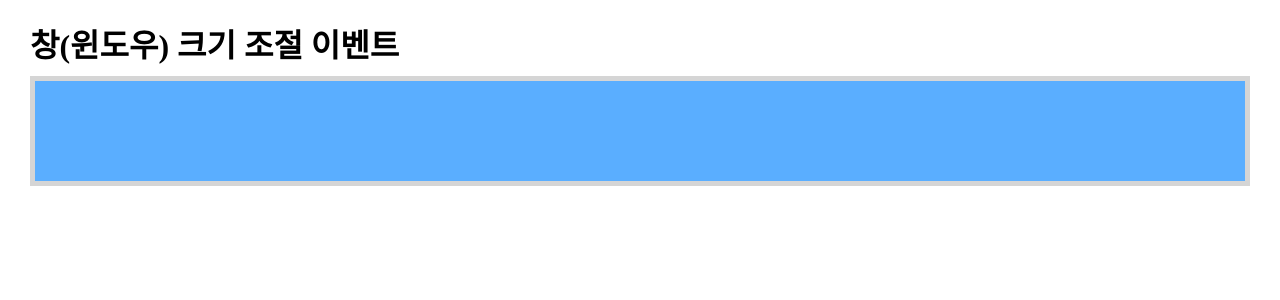
Repository: rwanda95do/bitcamp
Page: jQuery/src/main/webapp/02_jQueryEvent/exam11.html
An editor plug-in stored every save of this project. The page is shown before and after the next save, followed by the edit.
The browser window is 1280 px wide. The pictures show the whole page.

Above is the page before, as saved 2024-08-23 02:28:25.

After the next save:
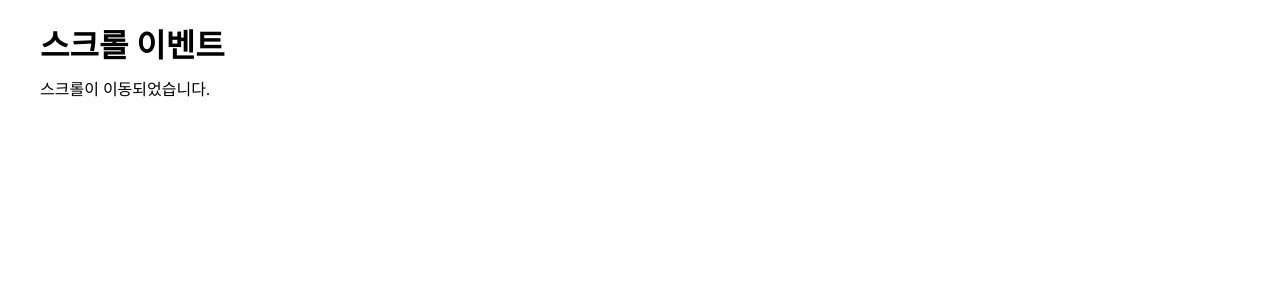
Saved 28 min 57 s later.
--- a/jQuery/src/main/webapp/02_jQueryEvent/exam11.html
+++ b/jQuery/src/main/webapp/02_jQueryEvent/exam11.html
@@ -8,15 +8,26 @@
 
 </head>
 <body>
-	<h1>창(윈도우) 크기 조절 이벤트</h1>
-	<div id="result"></div>
+	<div class="gradientStyle">
+		<h1>스크롤 이벤트</h1>
+		<div id="console">없지롱~~</div>
+	</div>
 
 <script type="text/javascript" src="http://code.jquery.com/jquery-3.7.1.min.js"></script>
 <script type="text/javascript">
 
 $(function () {	// <body>를 다 읽은 후에 실행
-	$(window).resize(function() {
-		$('#result').html('<p>'+ $(window).width() +' * '+ $(window).height()  +'</p>');
+	$(window).scroll(function() {
+		$('#console').html('스크롤이 이동되었습니다.')
+
+		setTimeout(function(){
+			$('#console').html('초기화되었음')
+		}, 3000);
+		/*
+		setInterval(() => {
+
+		}, milliseconds);
+		*/
 	})
 });
 </script>
